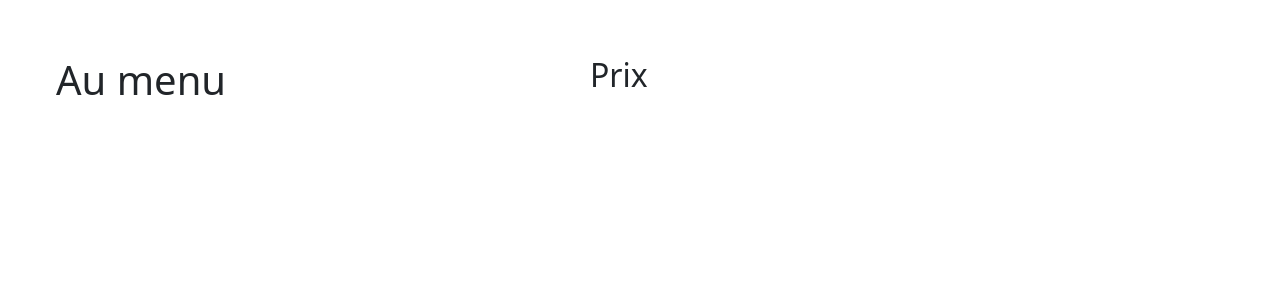
Repository: feyroozecode/meta_backed_dev_coursera
Page: intro-boostrape/index.html
These files come from the project's save history. The page is drawn as it stood at one moment and after the next save; the edit follows.
The browser window is 1280 px wide. The pictures show the whole page.

Above is the page before, as saved 2023-07-06 15:20:12.

After the next save:
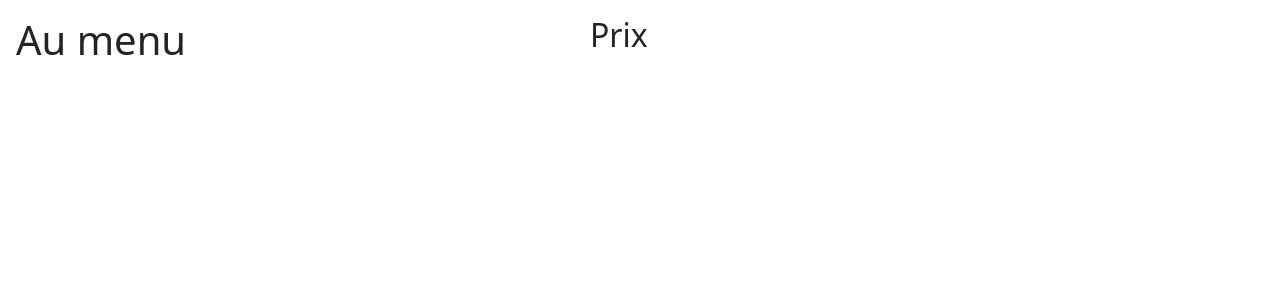
Saved 5 s later.
--- a/intro-boostrape/index.html
+++ b/intro-boostrape/index.html
@@ -10,7 +10,7 @@
 
 <div>
 
-    <div  class="container bg-center m-2 p-5">
+    <div  class="container bg-center m-2 p-2">
         <div class="row">
             <div class="col">
                 <h1>Au menu</h1>
